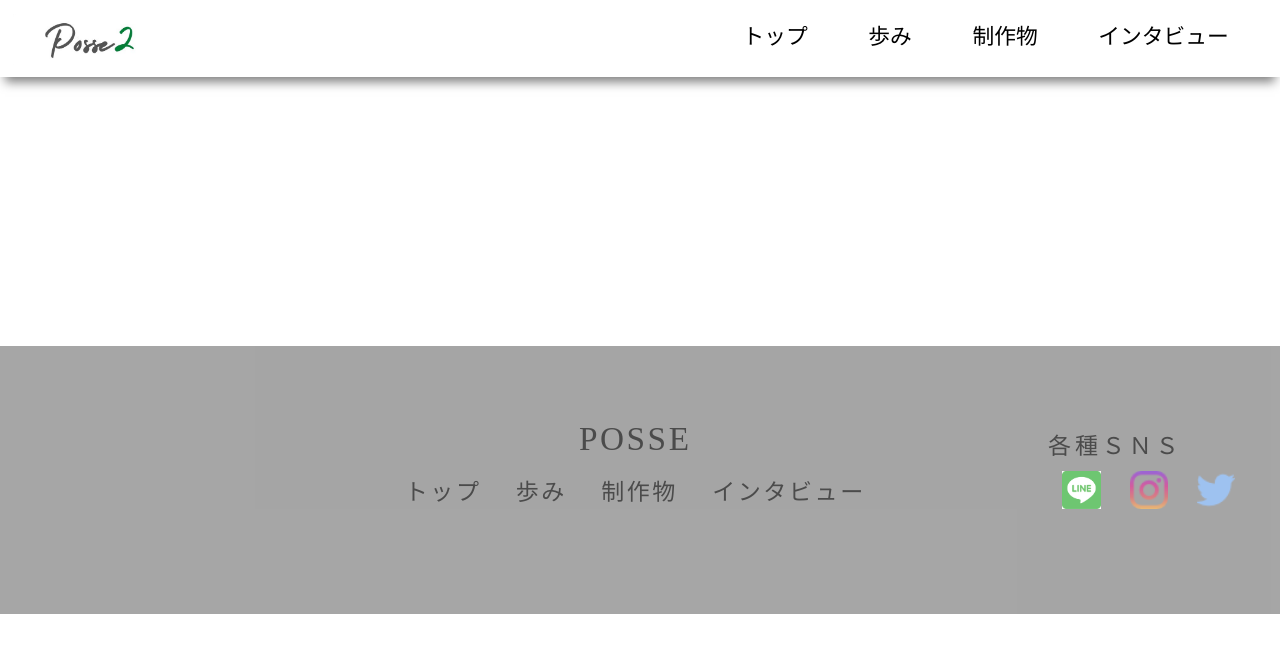
Repository: posse-ap/posse2-hackathon-202202-team2A
Page: topPage/index.html
An editor plug-in stored every save of this project. The page is shown before and after a run of saves, followed by the edit.
The browser window is 1280 px wide. The pictures show the whole page.

Above is the page before, as saved 2022-02-15 02:51:03.

### topPage/index.html
<!DOCTYPE html>
<html lang="en">

<head>
    <meta charset="UTF-8" />
    <meta http-equiv="X-UA-Compatible" content="IE=edge" />
    <meta name="viewport" content="width=device-width, initial-scale=1.0" />
    <title>Document</title>
    <link rel="stylesheet" href="/reset.css" />
    <link rel="stylesheet" href="/topPage/style.css" />
</head>

<body>
    <!-- <header id="header" class="header">
        <div class="header_content">
            <div class="header_title">
                <img src="/topPage images/S__31211608.jpg" alt="" class="header_title_img">
            </div>
            <div class="header_links">
                <ul>
                    <li><a href="">トップページ</a></li>
                    <li><a href="">活動記録</a></li>
                    <li><a href="">日常の記録</a></li>
                    <li><a href="">保護者の方へ</a></li>
                </ul>
            </div>
        </div>
    </header> -->

    <header id="header" class="header">
        <div class="header_content">
            <div class="header_title">
                <img src="/topPage images/S__31211608.jpg" alt="" class="header_title_img">
            </div>
            <!-- ①サイトタイトル -->
            <div class="nav-wrapper header_links">
                <!-- ②ナビゲーションメニュー -->
                <nav class="header-nav">
                    <ul class="nav-list">
                        <li class="nav-item">
                            <a href="">トップ</a>
                        </li>
                        <li class="nav-item">
                            <a href="">歩み</a>
                        </li>
                        <li class="nav-item">
                            <a href="">制作物</a>
                        </li>
                        <li class="nav-item">
                            <a href="">インタビュー</a>
                        </li>
                    </ul>
                </nav>
            </div>
            <button class="burger-btn">
                <!-- ③ハンバーガーボタン -->
                <span class="bar bar_top"></span>
                <span class="bar bar_mid"></span>
                <span class="bar bar_bottom"></span>
            </button>
        </div>
    </header>



    <footer class="footer">
        <div class='footer_box'>
            <div class="footer_box1">
                <div class='footer_official_box'>
                    <label for="logo"><p>POSSE</p></label>
                    <!-- <a id='logo'  href="https://posse.anti-pattern.co.jp/"><img class='posse_logo_footer' src="img\posseLogo.png" alt="ポッセロゴ"></a> -->
                </div>
                <div class='footer_other_box'>
                    <div class='footer_page_in_site'>
                        <a href="">トップ</a>
                        <a href="">歩み</a>
                        <a href="">制作物</a>
                        <a href="">インタビュー</a>
                    </div>
                </div>
            </div>
            <div class='SNS'>
                <p>各種ＳＮＳ</p>
                <div class='SNS_box'>
                    <a href=""><img src="/topPage images/LINE.png" alt=""></a>
                    <a href="https://instagram.com/posse_programming?utm_medium=copy_link"><img src="/topPage images/instagram2.png" alt="instagram"></a>
                    <a href="https://twitter.com/posse_program?s=20"><img src="/topPage images/twitter2.png" alt="twitter"></a>
                </div>
            </div>
        </div>
    </footer>

    <script src="https://ajax.googleapis.com/ajax/libs/jquery/3.6.0/jquery.min.js"></script>
    <script src="/topPage/script.js"></script>
</body>

</html>

### topPage/style.css
html {
    font-size: 1vw;
}

body {
    text-align: center;
    margin: 0 auto;
    font-family: "ヒラギノ丸ゴ Pro W4", "ヒラギノ丸ゴ Pro", "Hiragino Maru Gothic Pro", "ヒラギノ角ゴ Pro W3", "Hiragino Kaku Gothic Pro", "HG丸ｺﾞｼｯｸM-PRO", "HGMaruGothicMPRO";
}

.header_content {
    width: 95%;
    height: 90%;
    display: flex;
    justify-content: space-between;
    opacity: 1;
    margin: 0 6rem 0.3rem 1rem;
}

.header_title {
    display: flex;
}

.header_title_img {
    display: block;
    width: 12rem;
    height: 4rem;
    opacity: 1;
}



.header_links {
    width: 40%;
    padding: 1rem 0 0 0;
}

.header_links ul {
    display: flex;
    justify-content: space-between;
}

.header_links li a {
    display: block;
    color: black;
    text-decoration: none;
    font-size: 1.7rem;
}

.header_links li a:hover {
    opacity: 0.4;
    transform: translate(0, -5px);
}


.header {
    width: 100%;
    height: 6rem;
    background: white;
    position: fixed;
    top: 0;
    left: 0;
    padding-top: 1.1rem;
    box-sizing: border-box;
    z-index: 5;
    box-shadow: 0px 10px 10px -5px rgba(0, 0, 0, 0.5);
}

.SNS_box{
    width: 150%;
    margin-right: 3rem;
}


/* -------------------- */
/* header
  /* -------------------- */
/* .header {
    align-items: center;
    background-color: #1b1310;
    border-bottom: 1px solid #fff;
    color: #fff;
    display: flex;
    height: 74px;
    justify-content: space-between;
    padding: 0 120px;
} */

/* .nav-list {

    display: flex;
} */

/* .nav-item {

    margin-right: 55px;
} */

.burger-btn {
    display: none;
}

/* ------------------ */
/* fv
  /* ------------------ */
.fv {
    align-items: center;
    background-color: #141414;
    background-image: url(../img/fv-bgi@2x.jpg);
    background-position: center;
    background-size: cover;
    display: flex;
    flex-direction: column;
    height: 90vh;
    justify-content: center;
}

/* .main-copy {
    border: 2px solid #fff;
    color: #fff;
    font-size: 50px;
    font-weight: bold;
    padding: 34px 42px;
} */

/* ------------------ */
/* about
  /* ------------------ */
.section-title {
    font-size: 36px;
    font-weight: bold;
    letter-spacing: .05em;
    margin-bottom: 70px;
    text-align: center;
}

h3 {
    font-size: 2.4rem;
    font-weight: bold;
    letter-spacing: .1em;
    line-height: 2;
    margin-bottom: 40px;
}

.section-wrapper {
    padding: 100px 10% 50px;
}

@media screen and (min-width:541px) and (max-width:1024px) {
    .header{
        height: 10rem;
    }

    .header_content{
        padding-top: 2rem;
    }

    .header_title_img{
        width: 100%;
        height: 70%;
    }

    .header_links li a{
        font-size: 2.7rem;
        margin-top: 0;
    }

    .header_links{
        width: 50%;
    }
}

@media screen and (max-width:540px) {

    /* ----------------------- */
    /* base_sp
    /* ----------------------- */
    /* デフォルトのbuttonスタイルをリセット */
    button {
        -webkit-appearance: none;
        -moz-appearance: none;
        appearance: none;
        background: transparent;
        border: 0;
        border-radius: 0;
        color: inherit;
        cursor: pointer;
        font: inherit;
        margin: 0;
        outline: none;
        padding: 0;
        vertical-align: middle;
    }

    /* ------------------ */
    /* humberger-menu */
    /* ------------------ */
    .header {
        padding: 0;
        height: 15rem;
    }

    .header_title_img{
        margin-top: 2rem;
        width: 30rem;
        height: 10rem;
    }

    /* 以下、ハンバーガーボタン */
    .burger-btn {
        display: block;
        height: 22%;
        position: relative;
        width: 20%;
        z-index: 3;
        /* codepenの挙動のため */
        background-color: transparent;
        border: none;
        margin-top: 6rem;
    }



    .bar {
        background-color: black;
        display: block;
        height: 0.1rem;
        left: 50%;
        position: absolute;
        transform: translateX(-50%);
        width: 7rem;
    }

    .bar_top {
        top: 3rem;
    }

    .bar_mid {
        top: 50%;
        transform: translate(-50%, -50%);
    }

    .bar_bottom {
        bottom: 3rem;
    }

    .burger-btn.close{
        margin-top: 8.4rem;
    }

    .burger-btn.close .bar_top {
        transform: translate(-50%,-4.3rem) rotate(45deg);
        transition: transform .3s;
    }

    .burger-btn.close .bar_mid {
        opacity: 0;
        transition: opacity .3s;
    }

    .burger-btn.close .bar_bottom {
        transform: translate(-50%, -1rem) rotate(-45deg);
        transition: transform .3s;
    }

    /* スクロール制御 */
    .noscroll {
        overflow: hidden;
    }

    /* 以下、ハンバーガーメニュー */
    .nav-wrapper {
        visibility: hidden;
        height: 100vh;
        left: 0;
        position: fixed;
        top: 0;
        width: 100vw;
        opacity: 0;
        transition: opacity .5s;
        z-index: 2;
        /*キービジュアルと.btn_triggerとの重なりの前後関係を調整*/
    }

    .header-nav {
        background-color: white;
        height: 100%;
        width: 100%;
        z-index: 2;
    }

    .header_links ul{
        display: block;
    }

    .nav-list {
        display: block;
        left: 50%;
        position: absolute;
        text-align: center;
        top: 50%;
        transform: translate(-50%, -50%);
    }

    .nav-item {
        margin-bottom: 40px;
        margin-right: 0;
    }

    .header_links li a{
        font-size: 5rem;
    }

    /* メニューオープン時 */
    .nav-wrapper.fade {
        opacity: 1;
        visibility: visible;
    }

    /* ------------------ */
    /* fv */
    /* ------------------ */
    .main-copy {
        font-size: 30px;
    }

    /* ------------------ */
    /* about */
    /* ------------------ */
    h3 {
        font-size: 20px;
        margin-bottom: 30px;
    }

    .section-wrapper {
        padding: 100px 5% 50px;
    }
}

/* ふったー */
.footer {
    background-color: grey;
    opacity: 0.7;
}

.footer_box {
    width: 75%;
    height: 15rem;
    display: flex;
    justify-content: space-around;
    padding: 6rem 0 0 0;
    position: relative;
    right: -23%;
    margin-top: 27rem;
}

.footer_official_box label p {
    color: black;
    font-size: 2.6rem;
    letter-spacing: 0.2rem;
}

.footer_official_box label p:hover {
    opacity: 0.4;
    transform: translate(0, -5px);
}

.footer_page_in_site a {
    color: black;
    text-decoration: none;
    font-size: 1.8rem;
    letter-spacing: 0.2rem;
}

.footer_page_in_site a:hover {
    opacity: 0.4;
    transform: translate(0, -5px);
}

.SNS {
    width: 14%;
}

.SNS_box a {
    margin: 1rem;
}

.SNS_box a img {
    width: 3rem;
    height: 3rem;
}

.SNS_box a :hover {
    opacity: 0.4;
    transform: translate(0, -5px);
}

.SNS p {
    color: black;
    font-size: 1.8rem;
    margin: 1rem 0;
    letter-spacing: 0.3rem;
}

/* .SNS p:hover {
    opacity: 0.4;
    transform: translate(0, -5px);
} */

.posse_logo_footer {
    width: 80%;
    height: 40%;
}

.footer_other_box {
    font-size: 1.5rem;
    letter-spacing: 0.3rem;
    margin: 2rem;
}

.footer_page_in_site a {
    margin: 0 1rem;
}

@media screen and (min-width:541px) and (max-width:1024px) {
    .footer{
        height: 30rem;
    }

    .footer_official_box label p{
        font-size: 7rem;
    }

    .SNS p{
        display: block;
        margin: 3rem auto;
        font-size: 3rem;
        white-space: nowrap
    }

    .footer_page_in_site a{
        font-size: 3rem;
    }

    .footer_box{
        display: block;
        right: -13%;
    }

    .SNS{
        margin: 0 auto;
        width: 100%;
    }


    .footer_official_box label p{
        font-size: 4rem;
    }

    .SNS_box a img {
        width: 5rem;
        height: 5rem;
    }
}


@media screen and (max-width:540px) {
    .footer_box {
        display: block;
        height: 20rem;
        margin:  20rem 0;
        right: -5%;
        width: 90%;
    }

    .footer_official_box label p{
        font-size: 10rem;
    }

    .footer_page_in_site a{
        font-size: 5rem;
        display: block;
    }

    .footer_page_in_site{
        display: block;
        line-height: 7rem;
    }

    .footer{
        height: 70rem;
    }

    .SNS{
        margin: 0 auto;
        width: 100%;
    }

    .SNS p{
        display: block;
        width: 50rem;
        margin: 3rem auto;
        font-size: 7rem;
        white-space: nowrap
    }

    .SNS_box a img {
        width: 7rem;
        height: 7rem;
    }
}

### topPage/script.js
$('.burger-btn').on('click', function () {//.btn_triggerをクリックすると
    $('.burger-btn').toggleClass('close');//.btn_triggerにcloseクラスを付与(ボタンのアニメーション)
    $('.nav-wrapper').toggleClass('fade');//.nav-wrapperに
    $('body').toggleClass('noscroll');//bodyにnoscrollクラスを付与(スクロールを固定)
});

Loaded but not shown: reset.css (common file)

After the next 2 saves:
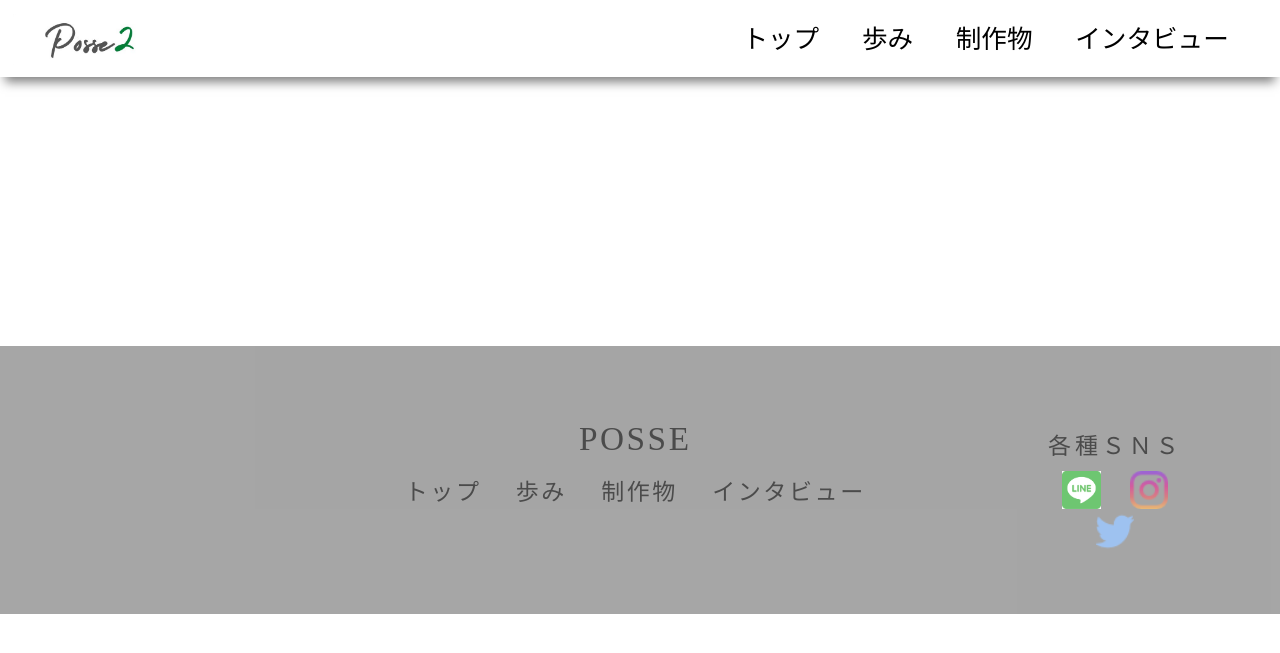
The 2 saves are shown as one change because they came seconds apart.
The last was saved 29 s later.
--- a/topPage/style.css
+++ b/topPage/style.css
@@ -44,7 +44,7 @@ body {
     display: block;
     color: black;
     text-decoration: none;
-    font-size: 1.7rem;
+    font-size: 2rem;
 }
 
 .header_links li a:hover {
@@ -66,10 +66,6 @@ body {
     box-shadow: 0px 10px 10px -5px rgba(0, 0, 0, 0.5);
 }
 
-.SNS_box{
-    width: 150%;
-    margin-right: 3rem;
-}
 
 
 /* -------------------- */
